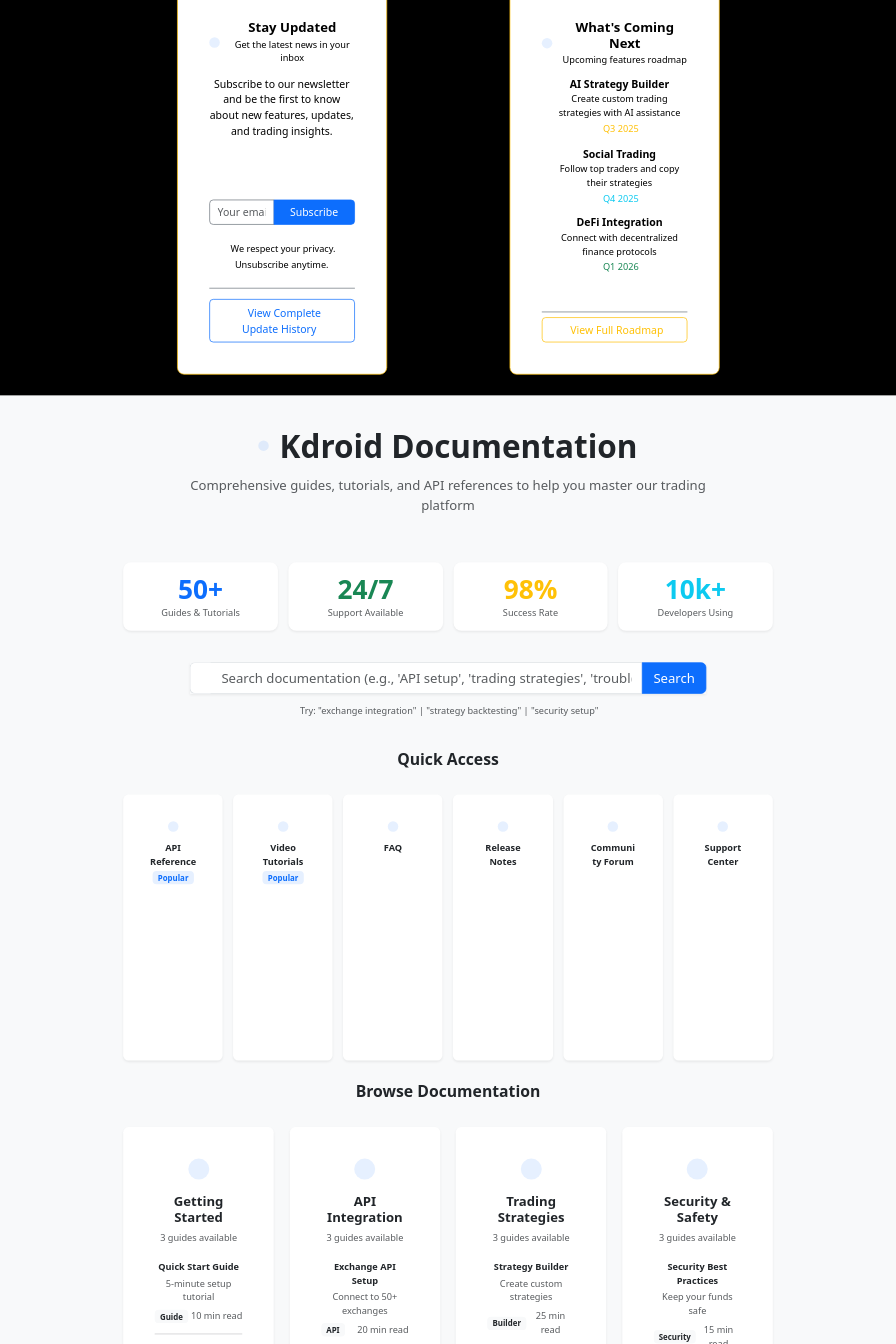
Repository: Kevin-Pro-Codes/halo-trading
Page: /
An editor plug-in stored every save of this project. The page is shown before and after the next save, followed by the edit.
The browser window is 1280 px wide. The pictures show the part of the page from y = 4533 to 6453 px (the page is 19383 px tall before and 19429 px after), at 70% of full size.
The page's requests for data from a server got no answer. The project was rebuilt for these pictures with package versions that can differ from the ones it lists, and the page was loaded fresh each time. Some packages were replaced by stand-ins written for this rebuild. No one was signed in, and anything a server would have sent is missing. Also part of the build but not shown: vite.config.js, src/styles/DocStyle.css, src/styles/PricingStyle.css.

Above is the page before, as saved 2025-12-09 21:49:38.

### src/index.css
:root {
  font-family: system-ui, Avenir, Helvetica, Arial, sans-serif;
  line-height: 1.5;
  font-weight: 400;
  color-scheme: light dark;
  color: rgba(255, 255, 255, 0.87);
  background-color: #242424;
  font-synthesis: none;
  text-rendering: optimizeLegibility;
  -webkit-font-smoothing: antialiased;
  -moz-osx-font-smoothing: grayscale;
}

a {
  font-weight: 500;
  color: #646cff;
  text-decoration: inherit;
}
a:hover {
  color: #535bf2;
}


h1 {
  font-size: 3.2em;
  line-height: 1.1;
}

button {
  border-radius: 8px;
  border: 1px solid transparent;
  padding: 0.6em 1.2em;
  font-size: 1em;
  font-weight: 500;
  font-family: inherit;
  background-color: #1a1a1a;
  cursor: pointer;
  transition: border-color 0.25s;
}
button:hover {
  border-color: #646cff;
}
button:focus,
button:focus-visible {
  outline: 4px auto -webkit-focus-ring-color;
}

### src/components/LatestSection.jsx
import React from 'react';

const LatestSection = () => {
  const updates = [
    {
      id: 1,
      title: "Version 3.0 Launched",
      description: "Major platform upgrade with AI-powered trading signals, enhanced backtesting, and multi-exchange arbitrage capabilities.",
      category: "Platform Update",
      date: "June 2025",
      icon: "bi-rocket-takeoff-fill",
      color: "primary",
      badge: "New",
      tags: ["AI", "Performance", "Multi-Exchange"]
    },
    {
      id: 2,
      title: "Enhanced Security Framework",
      description: "Implemented advanced API key encryption, multi-factor authentication, and real-time threat detection systems.",
      category: "Security",
      date: "May 2025",
      icon: "bi-shield-check",
      color: "success",
      badge: "Enhanced",
      tags: ["Security", "Encryption", "2FA"]
    },
    {
      id: 3,
      title: "Mobile App 2.0 Released",
      description: "Redesigned mobile application with real-time notifications, advanced charting, and one-click trade execution.",
      category: "Mobile",
      date: "April 2025",
      icon: "bi-phone-fill",
      color: "info",
      badge: "Update",
      tags: ["Mobile", "iOS", "Android"]
    },
    {
      id: 4,
      title: "Added 5 New Exchanges",
      description: "Extended platform support to include KuCoin, Bybit, Bitfinex, OKX, and Gate.io for broader market access.",
      category: "Integration",
      date: "March 2025",
      icon: "bi-arrow-left-right",
      color: "warning",
      badge: "Expanded",
      tags: ["Exchanges", "Integration", "Markets"]
    },
    {
      id: 5,
      title: "Advanced Analytics Dashboard",
      description: "Introducing comprehensive performance metrics, profit/loss tracking, and customizable reporting tools.",
      category: "Features",
      date: "February 2025",
      icon: "bi-graph-up",
      color: "purple",
      badge: "Feature",
      tags: ["Analytics", "Reports", "Metrics"]
    },
    {
      id: 6,
      title: "Community Integration",
      description: "Launched user community forum and strategy marketplace for sharing and discovering profitable trading strategies.",
      category: "Community",
      date: "January 2025",
      icon: "bi-people-fill",
      color: "danger",
      badge: "Community",
      tags: ["Forum", "Strategies", "Social"]
    }
  ];

  const categories = [
    { id: "all", name: "All Updates", icon: "bi-grid", count: updates.length },
    { id: "platform", name: "Platform", icon: "bi-rocket", count: 1 },
    { id: "security", name: "Security", icon: "bi-shield", count: 1 },
    { id: "mobile", name: "Mobile", icon: "bi-phone", count: 1 },
    { id: "integration", name: "Integration", icon: "bi-arrow-left-right", count: 1 },
    { id: "features", name: "Features", icon: "bi-stars", count: 1 },
    { id: "community", name: "Community", icon: "bi-people", count: 1 }
  ];

  return (
    <section className="py-5 bg-dark text-white">
      <div className="container">
        {/* Header */}
        <div className="row justify-content-center text-center mb-4 mb-lg-5">
          <div className="col-12 col-lg-8">
            <div className="d-flex align-items-center justify-content-center mb-3">
              <div className="bg-primary bg-opacity-10 p-2 rounded-circle me-3">
                <i className="bi bi-megaphone-fill text-primary fs-3"></i>
              </div>
              <h2 className="display-6 display-lg-5 fw-bold mb-0 text-white">Latest Updates & News</h2>
            </div>
            <p className="lead text-white-50 mb-0">
              Stay updated with the latest features, improvements, and announcements from our trading platform
            </p>
          </div>
        </div>

        {/* Stats Summary */}
        <div className="row justify-content-center mb-4 mb-lg-5">
          <div className="col-12 col-lg-10">
            <div className="row g-2 g-lg-3">
              {[
                { value: updates.length, label: "Total Updates", color: "primary" },
                { value: 5, label: "New Exchanges", color: "success" },
                { value: "3.0", label: "Current Version", color: "warning" },
                { value: "98%", label: "Uptime Rate", color: "info" }
              ].map((stat, index) => (
                <div key={index} className="col-6 col-md-3">
                  <div className="text-center p-2 p-lg-3 bg-dark bg-opacity-50 border border-secondary rounded-3">
                    <div className={`display-6 fw-bold text-${stat.color} mb-1`}>{stat.value}</div>
                    <div className="text-white-50 small">{stat.label}</div>
                  </div>
                </div>
              ))}
            </div>
          </div>
        </div>

        {/* Category Filter */}
        <div className="row justify-content-center mb-4">
          <div className="col-12 col-lg-10">
            <div className="d-flex flex-wrap justify-content-center gap-1 gap-lg-2 mb-3 mb-lg-4">
              {categories.map((category) => (
                <button
                  key={category.id}
                  className="btn btn-outline-primary btn-sm px-2 px-lg-3 py-1 py-lg-2"
                >
                  <i className={`bi ${category.icon} me-1 me-lg-2`}></i>
                  <span className="d-none d-sm-inline">{category.name}</span>
                  <span className="badge bg-primary ms-1 ms-lg-2">{category.count}</span>
                </button>
              ))}
            </div>
          </div>
        </div>

        {/* Updates Grid - RESPONSIVE */}
        <div className="row justify-content-center">
          <div className="col-12 col-lg-10">
            <div className="row g-3 g-lg-4">
              {updates.map((update) => (
                <div key={update.id} className="col-12 col-md-6 col-lg-4">
                  <div className="card h-100 border-secondary bg-white hover-lift transition-all">
                    <div className="card-body p-3 p-lg-4 d-flex flex-column">
                      <div className="d-flex justify-content-between align-items-start mb-2 mb-lg-3">
                        <div className="d-flex align-items-center">
                          <div className={`bg-${update.color} bg-opacity-10 p-1 p-lg-2 rounded-circle me-2 me-lg-3`}>
                            <i className={`bi ${update.icon} text-${update.color} fs-5`}></i>
                          </div>
                          <span className={`badge bg-${update.color} bg-opacity-10 text-${update.color}`}>
                            {update.category}
                          </span>
                        </div>
                        <span className="badge bg-primary bg-opacity-10 text-primary">
                          {update.badge}
                        </span>
                      </div>

                      <h4 className="fw-bold mb-2 mb-lg-3 text-black fs-5 fs-lg-4">{update.title}</h4>
                      <p className="text-black mb-3 mb-lg-4 flex-grow-1">{update.description}</p>

                      <div className="mt-auto">
                        <div className="d-flex flex-wrap gap-1 gap-lg-2 mb-2 mb-lg-3">
                          {update.tags.map((tag, index) => (
                            <span key={index} className="badge bg-dark border border-secondary text-white-50 small">
                              #{tag}
                            </span>
                          ))}
                        </div>
                        <div className="d-flex justify-content-between align-items-center pt-2 border-top border-secondary">
                          <div className="text-black small">{update.date}</div>
                          <button className="btn btn-link text-decoration-none p-0 text-primary">
                            <i className="bi bi-arrow-right-circle me-1"></i>
                            <span className="d-none d-sm-inline">Learn More</span>
                          </button>
                        </div>
                      </div>
                    </div>
                  </div>
                </div>
              ))}
            </div>
          </div>
        </div>

{/* Two Boxes at Bottom - RESPONSIVE */}
<div className="row justify-content-center mt-4 mt-lg-5">
  <div className="col-12 col-lg-10">
    <div className="row g-3 g-lg-4 justify-content-center">
      {/* Left Box: Newsletter */}
      <div className="col-12 col-lg-6">
        <div className="card border-warning bg-white h-100" style={{ borderRadius: '10px' }}>
          <div className="card-body p-3 p-lg-4 d-flex flex-column">
            <div className="d-flex align-items-center mb-3">
              <div className="bg-primary bg-opacity-10 p-2 rounded-circle me-3">
                <i className="bi bi-bell-fill text-black fs-4"></i>
              </div>
              <div>
                <h4 className="fw-bold mb-1 text-black fs-5 fs-lg-4">Stay Updated</h4>
                <p className="text-black small mb-0">Get the latest news in your inbox</p>
              </div>
            </div>

            <p className="text-black mb-3 mb-lg-4 flex-grow-1">
              Subscribe to our newsletter and be the first to know about new features, updates, and trading insights.
            </p>

            <div className="mt-auto">
              <div className="mb-3 mb-lg-4">
                <div className="input-group">
                  <input
                    type="email"
                    className="form-control border-secondary"
                    placeholder="Your email address"
                  />
                  <button className="btn btn-primary px-4">
                    Subscribe
                  </button>
                </div>
              </div>

              <div className="text-center mb-3">
                <small className="text-black">
                  <i className="bi bi-shield-check me-1"></i>
                  We respect your privacy. Unsubscribe anytime.
                </small>
              </div>

              {/* View Complete Update History Button - RESPONSIVE */}
              <div className="mt-3 mt-lg-4 pt-3 border-top border-secondary">
                <button className="btn btn-outline-primary w-100 px-3 px-lg-4 py-2">
                  <i className="bi bi-clock-history me-2"></i>
                  <span className="d-none d-md-inline">View Complete Update History</span>
                  <span className="d-md-none">All Updates</span>
                  <i className="bi bi-arrow-right ms-2"></i>
                </button>
              </div>
            </div>
          </div>
        </div>
      </div>

      {/* Right Box: Roadmap */}
      <div className="col-12 col-lg-6">
        <div className="card border-warning bg-white h-100" style={{ borderRadius: '10px' }}>
          <div className="card-body p-3 p-lg-4 d-flex flex-column">
            <div className="d-flex align-items-center mb-3">
              <div className="bg-warning bg-opacity-10 p-2 rounded-circle me-3">
                <i className="bi bi-map text-warning fs-4"></i>
              </div>
              <div>
                <h4 className="fw-bold mb-1 text-black fs-5 fs-lg-4">What's Coming Next</h4>
                <p className="text-black small mb-0">Upcoming features roadmap</p>
              </div>
            </div>

            <div className="mb-3 mb-lg-4 flex-grow-1">
              <div className="d-flex align-items-start mb-2 mb-lg-3">
                <div className="text-warning me-2 me-lg-3 mt-1"><i className="bi bi-circle-fill small"></i></div>
                <div>
                  <h6 className="fw-bold mb-1 text-black">AI Strategy Builder</h6>
                  <p className="text-black small mb-0">Create custom trading strategies with AI assistance</p>
                  <small className="text-warning"><i className="bi bi-calendar me-1"></i> Q3 2025</small>
                </div>
              </div>

              <div className="d-flex align-items-start mb-2 mb-lg-3">
                <div className="text-info me-2 me-lg-3 mt-1"><i className="bi bi-circle-fill small"></i></div>
                <div>
                  <h6 className="fw-bold mb-1 text-black">Social Trading</h6>
                  <p className="text-black small mb-0">Follow top traders and copy their strategies</p>
                  <small className="text-info"><i className="bi bi-calendar me-1"></i> Q4 2025</small>
                </div>
              </div>

              <div className="d-flex align-items-start">
                <div className="text-success me-2 me-lg-3 mt-1"><i className="bi bi-circle-fill small"></i></div>
                <div>
                  <h6 className="fw-bold mb-1 text-black">DeFi Integration</h6>
                  <p className="text-black small mb-0">Connect with decentralized finance protocols</p>
                  <small className="text-success"><i className="bi bi-calendar me-1"></i> Q1 2026</small>
                </div>
              </div>
            </div>

            <div className="mt-auto pt-2 border-top border-secondary">
              <button className="btn btn-outline-warning w-100">
                <i className="bi bi-clock-history me-2"></i>
                <span className="d-none d-sm-inline">View Full Roadmap</span>
                <span className="d-sm-none">Roadmap</span>
              </button>
            </div>
          </div>
        </div>
      </div>


            </div>
          </div>
        </div>

      </div>

      {/* CSS Styling */}
      <style jsx>{`
        .bg-dark {
          background-color: #000000 !important;
        }
        .bg-white {
          background-color: #ffffff !important;
        }
        .hover-lift {
          transition: all 0.3s ease;
        }

        .hover-lift:hover {
          transform: translateY(-5px);
          box-shadow: 0 10px 25px rgba(0, 0, 0, 0.3) !important;
          border-color: #495057 !important;
        }

        .transition-all {
          transition: all 0.3s ease;
        }

        .bg-purple {
          background-color: #6f42c1 !important;
        }

        .text-purple {
          color: #6f42c1 !important;
        }

        .bg-purple.bg-opacity-10 {
          background-color: rgba(111, 66, 193, 0.1) !important;
        }

        .bg-danger.bg-opacity-10 {
          background-color: rgba(220, 53, 69, 0.1) !important;
        }

        .text-white-50 {
          color: rgba(255, 255, 255, 0.7) !important;
        }

        /* Mobile-specific adjustments */
        @media (max-width: 768px) {
          .display-6 {
            font-size: 2rem !important;
          }

          .card {
            margin-bottom: 1rem;
          }

          .btn-sm {
            padding: 0.25rem 0.5rem !important;
            font-size: 0.875rem !important;
          }
        }

        @media (max-width: 576px) {
          .display-6 {
            font-size: 1.75rem !important;
          }

          .lead {
            font-size: 1rem !important;
          }

          .card-body {
            padding: 1rem !important;
          }
        }
      `}</style>
    </section>
  );
};

export default LatestSection;

### src/Footer.jsx
import React from "react";

const Footer = () => {
  return (
    <footer className="section-black">
      <div className="section-content">
        <div className="footer-grid">
          <div className="footer-col">
            <h3>Contact</h3>
            <p>Email: support@halo.com</p>
            <p>Phone: +55 11 9987-6543</p>
            <p>Address: 456 Finance Street, Crypto City</p>
          </div>
          <div className="footer-col">
            <h3>Legal</h3>
            <p><a href="#">Risk Disclosure</a></p>
            <p><a href="#">Terms of Service</a></p>
            <p><a href="#">Privacy Policy</a></p>
          </div>
          <div className="footer-col">
            <h3>Support</h3>
            <p><a href="#">Help Center</a></p>
            <p><a href="#">API Documentation</a></p>
            <p><a href="#">Community Forum</a></p>
            <p className="mt-3"><a href="#">MetaTrader 5</a></p>
          </div>
        </div>
        <div className="footer-bottom">
          <p>
            © 2025 Halo Algo Trading. All rights reserved. Disclaimer: Trading
            involves risk. Past performance is not indicative of future results.
          </p>
          <p className="disclaimer"></p>
        </div>
      </div>
    </footer>
  );
};

export default Footer;

### src/App.css
/* Variables */
:root {
  --primary-color: #646cff;
  --primary-hover: #535bf2;
  --text-dark: black;
  --text-light: #ffffff;
  --bg-dark: black;
  --bg-light: #ffffff;
  --border-radius: 4px;
  --transition: all 0.3s ease;
}

#root {
  max-width: 100%;
  margin: auto;
  padding: 0rem;
  text-align: center;
}

/* Base Styles */
* {
  box-sizing: border-box;
  margin: 0;
  padding: 0;


}

html {
  font-size: 15px;

}



/* Typography */
h1, h2, h3, h4, h5, h6 {
  margin-bottom: 1rem;
  line-height: 1.2;
}

h2 {
  font-size: 2rem;
}

h3 {
  font-size: 1.5rem;
  margin: 1rem 0;
}

p {
  margin-bottom: 1rem;
}

ul {
  list-style: none;
  padding-left: 0;
}

/* Utility Classes */
.black-text {
  color: var(--text-dark);
}

.white-text {
  color: var(--text-light);
}

.bg-white {
  background-color: var(--bg-light);
}

.bg-black {
  background-color: var(--bg-dark);
}


section {
  padding: 3rem 0;
}

.section-content {
  max-width: 2280px;
  margin: 0 auto;
  padding: 0 1rem;
}

.section-black {
  background-color: var(--bg-dark);
  color: var(--text-light);
}

### src/styles/ConverterStyle.css
/* Add to your existing CSS */
.converter-container {
  max-width: 500px;
  margin: 0 auto;
}

.converter-card {
  background-color: white;
  padding: 2rem;
  border-radius: var(--border-radius);
}

.converter-row {
  display: flex;
  align-items: center;
  margin-bottom: 1rem;
}

.converter-row label {
  width: 80px;
  text-align: right;
  margin-right: 1rem;
}

.converter-row input {
  flex: 1;
  padding: 0.5rem;
  border-radius: var(--border-radius);
  border: 1px solid #ddd;
  background-color: var(--bg-light);
  color: var(--text-dark);
}

.converter-card label,
.converter-card .rate-display {
  color: black; /* Replace with your desired color */
  font-weight: bold;
}

.rate-display {
  text-align: center;
  margin-top: 1.5rem;
  font-size: 0.9rem;
  opacity: 0.8;
}

/* Responsive adjustments */
@media (max-width: 600px) {
  .converter-row {
    flex-direction: column;
    align-items: flex-start;
  }

  .converter-row label {
    width: 100%;
    text-align: left;
    margin-bottom: 0.5rem;
  }
}

### src/styles/FooterStyle.css

/* Footer */
.footer-grid {
  display: grid;
  grid-template-columns: repeat(auto-fit, minmax(200px, 1fr));

}

.footer-col a {
  color: var(--text-light);
  text-decoration: none;

}

.footer-col a:hover {
  text-decoration: underline;

}

.footer-bottom {
  text-align: center;
  padding-top: 1rem;
  border-top: 1px solid rgba(255, 255, 255, 0.1);

}

.disclaimer {

  padding-bottom: 10px;
   margin-bottom: 0px !important;
}

Loaded but not shown: index.html (common file); src/main.jsx (common file); src/components/DocSection.jsx (389 lines, source omitted); src/components/ConverterSection.jsx (399 lines, source omitted); src/components/FaqSection.jsx (283 lines, source omitted); src/components/SetupSection.jsx (300 lines, source omitted); src/components/GallerySection.jsx (302 lines, source omitted); src/components/PricingSection.jsx (314 lines, source omitted); src/components/TestimonialSection.jsx (224 lines, source omitted); src/components/IntroSection.jsx (222 lines, source omitted); src/components/PerformanceSection.jsx (184 lines, source omitted); src/App.jsx (130 lines, source omitted); src/styles/NavbarStyle.css (126 lines, source omitted); src/styles/GalleryStyle.css (62 lines, source omitted); src/Navbar.jsx (48 lines, source omitted); src/styles/FaqStyle.css (no stored copy; drawn as an empty file); src/styles/IntroStyle.css (no stored copy; drawn as an empty file); src/styles/LatestStyle.css (no stored copy; drawn as an empty file); src/styles/PerformanceStyle.css (no stored copy; drawn as an empty file); src/styles/SetupStyle.css (no stored copy; drawn as an empty file); src/styles/TestimonialStyle.css (no stored copy; drawn as an empty file)

After the next save:
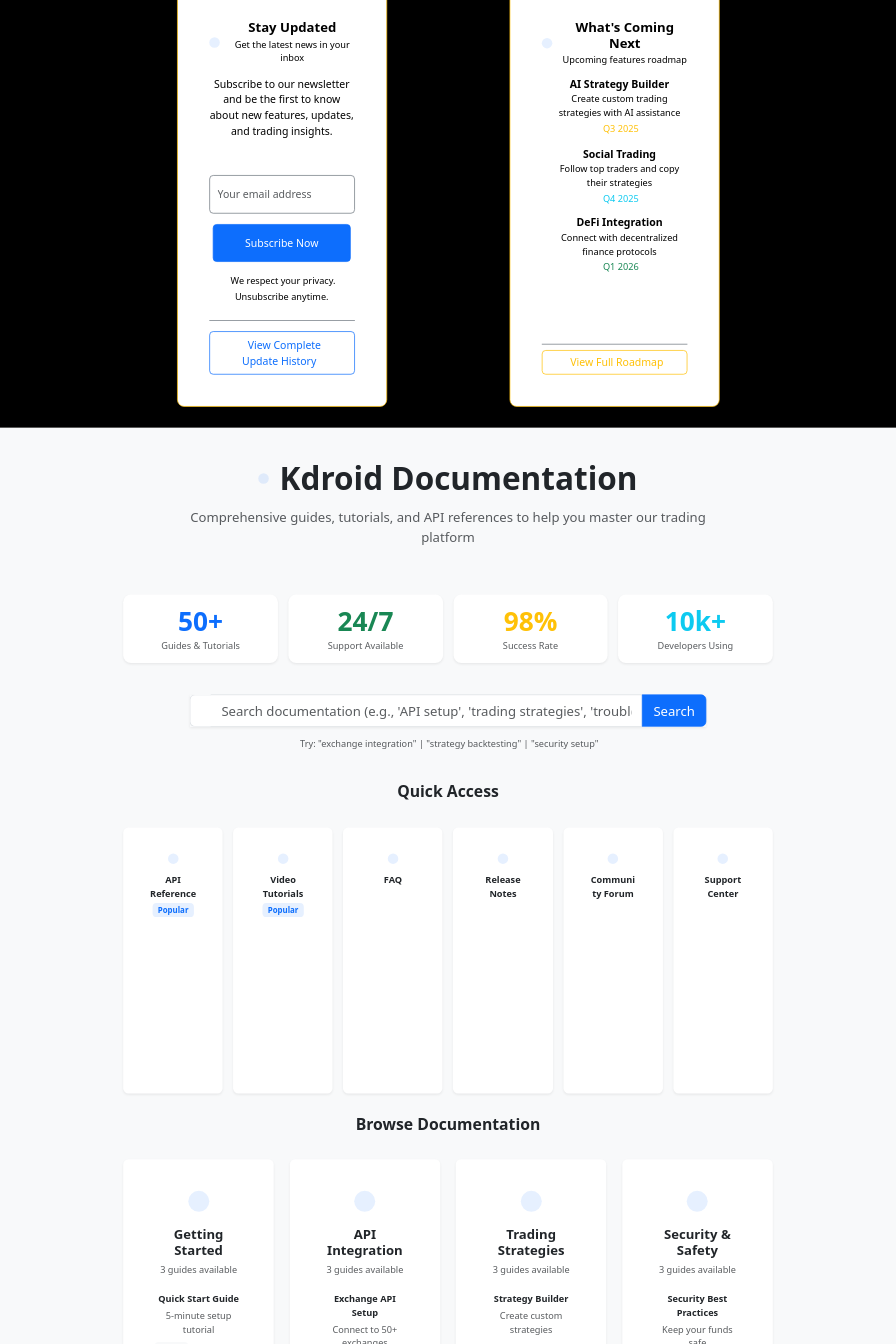
Saved 79 s later.
--- a/src/components/LatestSection.jsx
+++ b/src/components/LatestSection.jsx
@@ -209,19 +209,23 @@
             </p>
 
             <div className="mt-auto">
-              <div className="mb-3 mb-lg-4">
-                <div className="input-group">
-                  <input
-                    type="email"
-                    className="form-control border-secondary"
-                    placeholder="Your email address"
-                  />
-                  <button className="btn btn-primary px-4">
-                    Subscribe
-                  </button>
-                </div>
-              </div>
-
+              {/* Email Input - Full width */}
+              <div className="mb-3">
+                <input
+                  type="email"
+                  className="form-control border-secondary w-100 py-2 py-lg-3"
+                  placeholder="Your email address"
+                />
+              </div>
+
+              {/* Centered Subscribe Button */}
+              <div className="text-center mb-3">
+                <button className="btn btn-primary px-5 py-2 py-lg-3">
+                  Subscribe Now
+                </button>
+              </div>
+
+              {/* Privacy Notice - Centered */}
               <div className="text-center mb-3">
                 <small className="text-black">
                   <i className="bi bi-shield-check me-1"></i>
